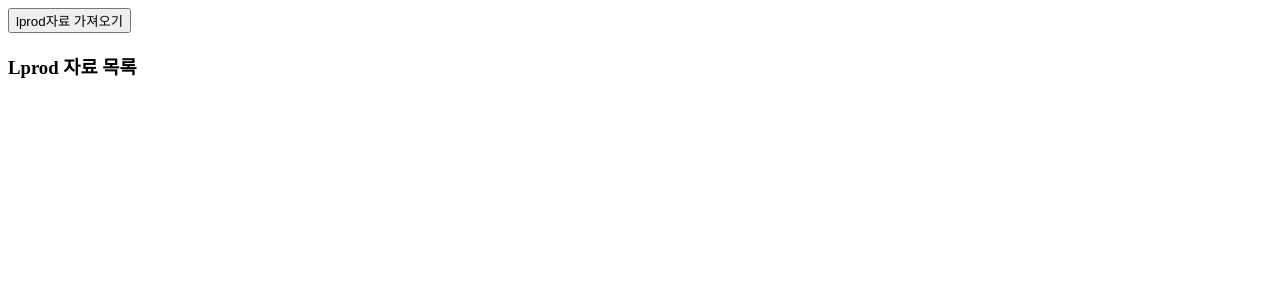
Repository: kdh4357065/3_highjava
Page: http://localhost/webTest/basic/json/lprodMain.jsp
An editor plug-in stored every save of this project. The page is shown before and after the next save, followed by the edit.
The browser window is 1280 px wide. The pictures show the whole page.
The page is served by Tomcat 9.

Above is the page before, as saved 2023-04-03 00:35:24.

After the next save:
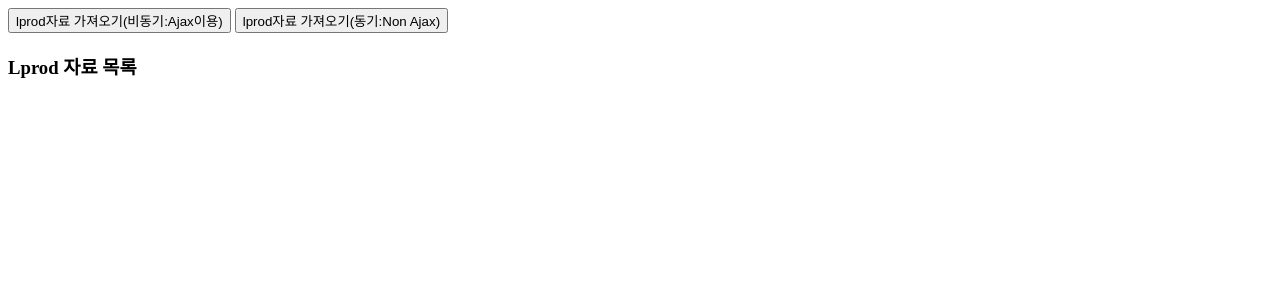
Saved 11 min 45 s later.
--- a/WorkSpace/webTest/src/main/webapp/basic/json/lprodMain.jsp
+++ b/WorkSpace/webTest/src/main/webapp/basic/json/lprodMain.jsp
@@ -33,6 +33,10 @@ $(function(){
 			dataType : 'json'
 		})
 	})
+
+	$('#lprodBtn2').on("click", function(){
+		location.hred = "<%=request.getContextPath()%>/lprodList2.do";
+	})
 })
 </script>
 
@@ -45,7 +49,8 @@ $(function(){
 	(Ajax이용, MVC패턴 사용, 서블릿의 URL패턴 : /lprodList.do)
 -->
 <form>
-	<input type="button" id="lprodBtn" value="lprod자료 가져오기">
+	<input type="button" id="lprodBtn" value="lprod자료 가져오기(비동기:Ajax이용)">
+	<input type="button" id="lprodBtn2" value="lprod자료 가져오기(동기:Non Ajax)">
 </form>
 <h3>Lprod 자료 목록</h3>
 <div id="result"></div>
